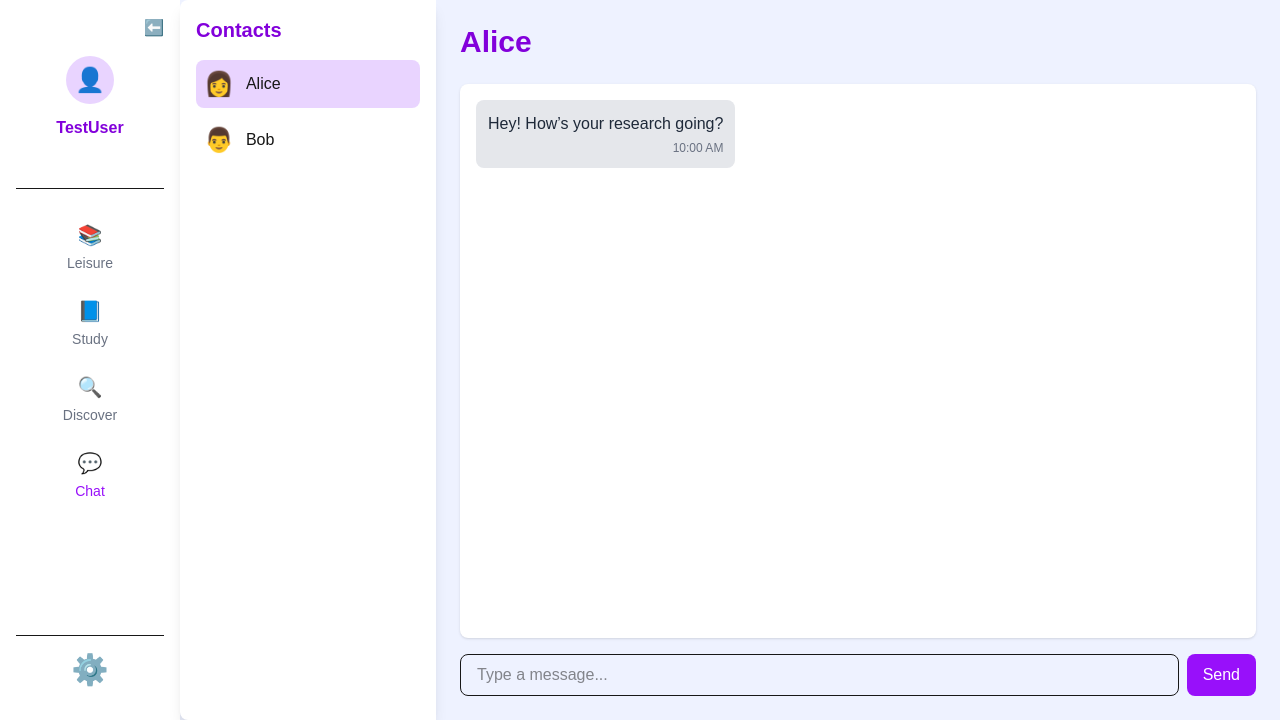
Repository: ramosfranz/bookie
Page: /chat
These files come from the project's save history. The page is drawn as it stood at one moment and after the next save; the edit follows.
The browser window is 1280 px wide. The pictures show the whole page.
The project was rebuilt for these pictures with package versions that can differ from the ones it lists, and the page was loaded fresh each time. The framework's server and built-in components were replaced by stand-ins that run in the browser. Also part of the build but not shown: next.config.ts.

Above is the page before, as saved 2025-11-20 13:40:15.

### src/app/layout.tsx
import type { Metadata } from "next";
import { Geist, Geist_Mono } from "next/font/google";
import "./globals.css";

const geistSans = Geist({
  variable: "--font-geist-sans",
  subsets: ["latin"],
});

const geistMono = Geist_Mono({
  variable: "--font-geist-mono",
  subsets: ["latin"],
});

export const metadata: Metadata = {
  title: "Bookie",
  description: "Generated by create next app",
};

export default function RootLayout({
  children,
}: Readonly<{
  children: React.ReactNode;
}>) {
  return (
    <html lang="en">
      <body
        className={`${geistSans.variable} ${geistMono.variable} antialiased`}
      >
        {children}
      </body>
    </html>
  );
}

### src/app/chat/page.tsx
"use client";

import { useState, useRef, useEffect } from "react";
import Sidebar from "../components/Sidebar";

interface Message {
  id: string;
  sender: "user" | "other";
  content: string;
  timestamp: string;
}

interface Contact {
  id: string;
  name: string;
  avatar: string;
  messages: Message[];
}

export default function ChatPage() {
  const dummyUser = {
    id: "00000000-0000-0000-0000-000000000001",
    email: "test@example.com",
    username: "TestUser",
  };

  const user = dummyUser;
  const [activeTab, setActiveTab] = useState<"research" | "leisure" | "discover" | "chat">("chat");

  // Dummy contacts
  const [contacts, setContacts] = useState<Contact[]>([
    {
      id: "c1",
      name: "Alice",
      avatar: "👩",
      messages: [
        { id: "1", sender: "other", content: "Hey! How’s your research going?", timestamp: "10:00 AM" },
      ],
    },
    {
      id: "c2",
      name: "Bob",
      avatar: "👨",
      messages: [
        { id: "2", sender: "other", content: "Did you see the latest AI paper?", timestamp: "10:05 AM" },
      ],
    },
  ]);

  const [selectedContactId, setSelectedContactId] = useState("c1");
  const [newMessage, setNewMessage] = useState("");
  const chatEndRef = useRef<HTMLDivElement | null>(null);

  const selectedContact = contacts.find((c) => c.id === selectedContactId)!;

  // Auto scroll to bottom
  useEffect(() => {
    if (chatEndRef.current) {
      chatEndRef.current.scrollIntoView({ behavior: "smooth" });
    }
  }, [selectedContact.messages]);

  const sendMessage = (text: string) => {
    if (!text.trim()) return;

    const timestamp = new Date().toLocaleTimeString([], { hour: "2-digit", minute: "2-digit" });
    const message: Message = { id: Math.random().toString(36).substr(2, 9), sender: "user", content: text, timestamp };

    setContacts((prev) =>
      prev.map((c) =>
        c.id === selectedContactId
          ? { ...c, messages: [...c.messages, message] }
          : c
      )
    );

    // Dummy AI response
    setTimeout(() => {
      const aiMessage: Message = {
        id: Math.random().toString(36).substr(2, 9),
        sender: "other",
        content: "🤖 AI Response: I see! That’s interesting.",
        timestamp: new Date().toLocaleTimeString([], { hour: "2-digit", minute: "2-digit" }),
      };

      setContacts((prev) =>
        prev.map((c) =>
          c.id === selectedContactId
            ? { ...c, messages: [...c.messages, aiMessage] }
            : c
        )
      );
    }, 1000);
  };

  const handleSend = () => {
    sendMessage(newMessage);
    setNewMessage("");
  };

  const handleKeyPress = (e: React.KeyboardEvent<HTMLInputElement>) => {
    if (e.key === "Enter") handleSend();
  };

  return (
    <div className="min-h-screen flex bg-indigo-50">
      <Sidebar activeTab={activeTab} user={user} />

      <main className="flex-1 flex">
        {/* Contacts list */}
        <div className="w-64 bg-white shadow-lg rounded-l-lg p-4 flex flex-col">
          <h2 className="text-xl font-bold text-purple-700 mb-4">Contacts</h2>
          <div className="flex flex-col gap-2 overflow-y-auto flex-1">
            {contacts.map((contact) => (
              <button
                key={contact.id}
                onClick={() => setSelectedContactId(contact.id)}
                className={`flex items-center gap-3 p-2 rounded-lg text-left hover:bg-purple-100 transition ${
                  contact.id === selectedContactId ? "bg-purple-200" : ""
                }`}
              >
                <span className="text-2xl">{contact.avatar}</span>
                <span className="font-medium">{contact.name}</span>
              </button>
            ))}
          </div>
        </div>

        {/* Chat area */}
        <div className="flex-1 flex flex-col p-6">
          <h1 className="text-3xl font-bold text-purple-700 mb-6">{selectedContact.name}</h1>

          <div className="flex-1 overflow-y-auto bg-white p-4 rounded-lg shadow mb-4">
            {selectedContact.messages.map((msg) => (
              <div
                key={msg.id}
                className={`flex mb-3 ${msg.sender === "user" ? "justify-end" : "justify-start"}`}
              >
                <div
                  className={`p-3 rounded-lg max-w-xs break-words ${
                    msg.sender === "user" ? "bg-purple-600 text-white" : "bg-gray-200 text-gray-800"
                  }`}
                >
                  <p>{msg.content}</p>
                  <span className="text-xs text-gray-500 block text-right mt-1">{msg.timestamp}</span>
                </div>
              </div>
            ))}
            <div ref={chatEndRef}></div>
          </div>

          {/* Input */}
          <div className="flex gap-2">
            <input
              type="text"
              placeholder="Type a message..."
              value={newMessage}
              onChange={(e) => setNewMessage(e.target.value)}
              onKeyPress={handleKeyPress}
              className="flex-1 px-4 py-2 rounded-lg border outline-none"
            />
            <button
              onClick={handleSend}
              className="px-4 py-2 bg-purple-600 text-white rounded-lg hover:bg-purple-700 transition"
            >
              Send
            </button>
          </div>
        </div>
      </main>
    </div>
  );
}

### src/app/components/Sidebar.tsx
"use client";

import { useState } from "react";
import Link from "next/link";

export default function Sidebar({ activeTab, user }) {
  const [isCollapsed, setIsCollapsed] = useState(false);

  return (
    <aside
      className={`${
        isCollapsed ? "w-[70px]" : "w-[180px]"
      } bg-white shadow-lg p-4 flex flex-col items-center transition-all duration-300`}
    >
      {/* Collapse Button */}
      <button
        onClick={() => setIsCollapsed(!isCollapsed)}
        className="self-end text-gray-500 hover:text-gray-700 mb-4"
      >
        {isCollapsed ? "➡️" : "⬅️"}
      </button>

      {/* Profile Section */}
      <div className="mb-8 flex flex-col items-center">
        <div className="w-12 h-12 bg-purple-200 rounded-full flex items-center justify-center text-2xl">
          👤
        </div>
        {!isCollapsed && (
          <p className="mt-3 font-semibold text-purple-700">{user.username}</p>
        )}
      </div>

      {/* Separator */}
      <div className="w-full border-t my-4"></div>

      {/* Tabs */}
      <nav className="flex flex-col items-center gap-6 mt-4">

        {/* Leisure */}
        <Link
          href="/dashboard"
          className={`flex flex-col items-center text-xl ${
            activeTab === "leisure"
              ? "text-purple-600"
              : "text-gray-500 hover:text-gray-700"
          }`}
        >
          📚
          {!isCollapsed && <span className="text-sm mt-1">Leisure</span>}
        </Link>

        {/* Study */}
        <Link
          href="/dashboard"
          className={`flex flex-col items-center text-xl ${
            activeTab === "research"
              ? "text-purple-600"
              : "text-gray-500 hover:text-gray-700"
          }`}
        >
          📘
          {!isCollapsed && <span className="text-sm mt-1">Study</span>}
        </Link>

        {/* Discover */}
        <Link
          href="/discover"
          className={`flex flex-col items-center text-xl ${
            activeTab === "discover"
              ? "text-purple-600"
              : "text-gray-500 hover:text-gray-700"
          }`}
        >
          🔍
          {!isCollapsed && <span className="text-sm mt-1">Discover</span>}
        </Link>

        {/* Chat */}
        <Link
          href="/chat"
          className={`flex flex-col items-center text-xl ${
            activeTab === "chat"
              ? "text-purple-600"
              : "text-gray-500 hover:text-gray-700"
          }`}
        >
          💬
          {!isCollapsed && <span className="text-sm mt-1">Chat</span>}
        </Link>
      </nav>

      {/* Bottom Separator */}
      <div className="w-full border-t my-4 mt-auto"></div>

      {/* Settings */}
      <button className="text-gray-500 hover:text-gray-700 text-3xl mb-4">
        ⚙️
      </button>
    </aside>
  );
}

Loaded but not shown: src/app/globals.css (common file)

After the next save:
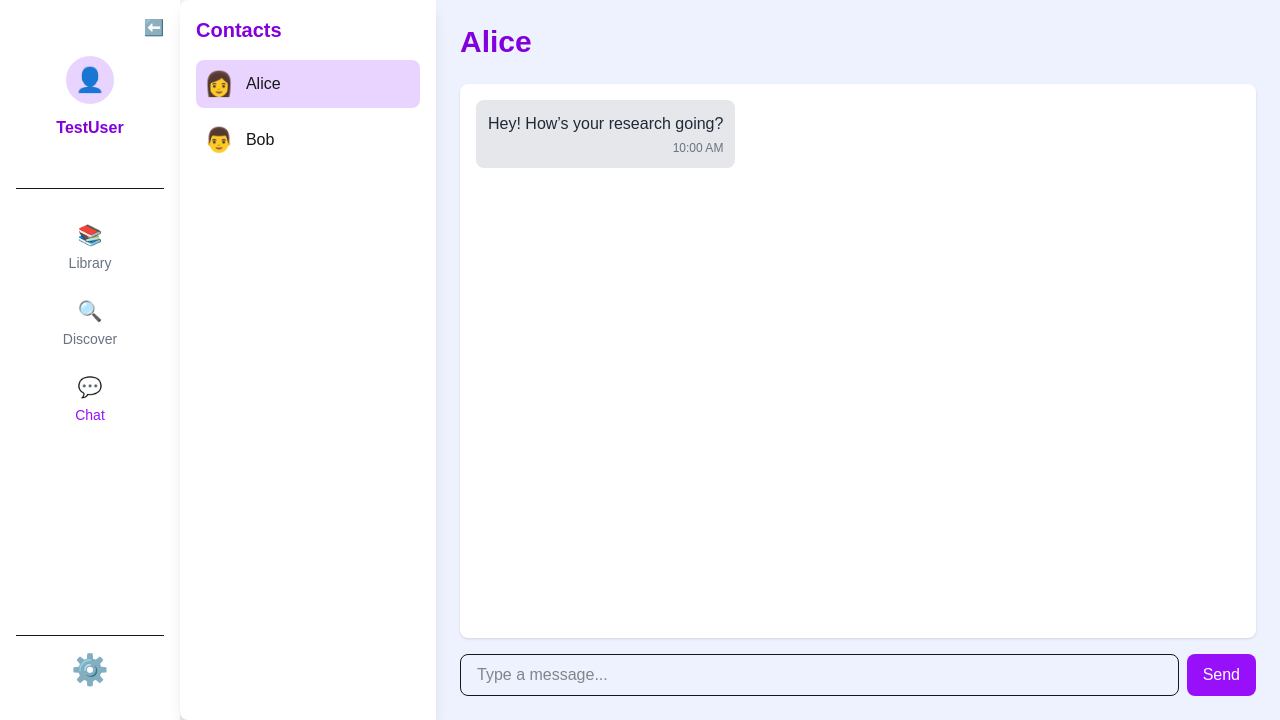
Saved 35 min 50 s later.
--- a/src/app/components/Sidebar.tsx
+++ b/src/app/components/Sidebar.tsx
@@ -30,36 +30,22 @@ export default function Sidebar({ activeTab, user }) {
         )}
       </div>
 
-      {/* Separator */}
       <div className="w-full border-t my-4"></div>
 
       {/* Tabs */}
       <nav className="flex flex-col items-center gap-6 mt-4">
 
-        {/* Leisure */}
+        {/* Library (Leisure + Study) */}
         <Link
           href="/dashboard"
           className={`flex flex-col items-center text-xl ${
-            activeTab === "leisure"
+            activeTab === "dashboard"
               ? "text-purple-600"
               : "text-gray-500 hover:text-gray-700"
           }`}
         >
           📚
-          {!isCollapsed && <span className="text-sm mt-1">Leisure</span>}
-        </Link>
-
-        {/* Study */}
-        <Link
-          href="/dashboard"
-          className={`flex flex-col items-center text-xl ${
-            activeTab === "research"
-              ? "text-purple-600"
-              : "text-gray-500 hover:text-gray-700"
-          }`}
-        >
-          📘
-          {!isCollapsed && <span className="text-sm mt-1">Study</span>}
+          {!isCollapsed && <span className="text-sm mt-1">Library</span>}
         </Link>
 
         {/* Discover */}
@@ -89,10 +75,8 @@ export default function Sidebar({ activeTab, user }) {
         </Link>
       </nav>
 
-      {/* Bottom Separator */}
       <div className="w-full border-t my-4 mt-auto"></div>
 
-      {/* Settings */}
       <button className="text-gray-500 hover:text-gray-700 text-3xl mb-4">
         ⚙️
       </button>
